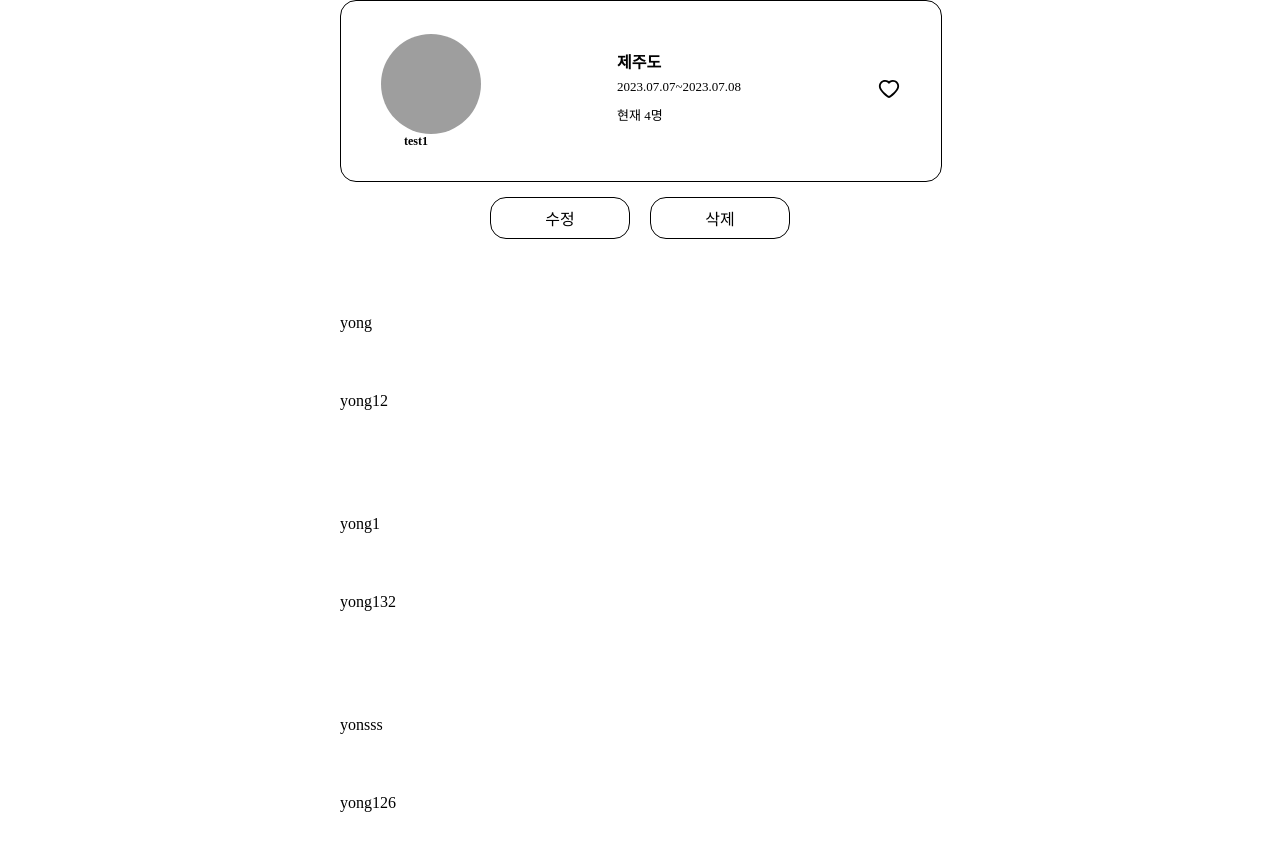
Repository: the-graces/matrip-web
Page: /tripSchedule (app in matrip/)
The author's editor kept a copy of each file at every save. The page is drawn from the files as they stood at one save, then again after the next save.
The browser window is 1280 px wide. The pictures show the whole page.
Pictures or frames that could not be fetched are drawn as grey boxes. The project was rebuilt for these pictures with package versions that can differ from the ones it lists, and the page was loaded fresh each time. Also part of the build but not shown: matrip/src/pages/Main/mainStyle.tsx, matrip/src/pages/Main/Post.tsx, matrip/src/pages/Main/index.tsx, matrip/src/pages/FriendSearch/friendSearchStyle.tsx, matrip/src/pages/FriendSearch/index.tsx, matrip/src/pages/ItineraryInfo/index.scss, matrip/src/pages/ItineraryInfo/itineraryInfoStyle.tsx, matrip/src/pages/ItineraryInfo/index.tsx and 3 more.

Above is the page before, as saved 2023-07-09 12:50:30.

### matrip/src/App.tsx
import React from "react";
import { BrowserRouter, Route, Routes } from "react-router-dom";
import Main from "./pages/Main";

import FriendSearch from "./pages/FriendSearch";
import ItineraryInfo from "./pages/ItineraryInfo";
import UserProfile from "./pages/UserProfile";

import GlobalFonts from "./styles/fonts";
import TripSchedule from "./pages/TripSchedule";

function App() {
   return (
      <BrowserRouter>
         <GlobalFonts />
         <Routes>
            <Route
               path="/"
               element={<Main />}
            />
            <Route
               path="/friendSearch"
               element={<FriendSearch />}
            />
            <Route
               path="/itineraryInfo"
               element={<ItineraryInfo />}
            />
            <Route
               path="/userProfile"
               element={<UserProfile />}
            />
            <Route
               path="/tripSchedule"
               element={<TripSchedule />}
            />
         </Routes>
      </BrowserRouter>
   );
}

export default App;

### matrip/src/styles/fonts/index.js
import { createGlobalStyle } from "styled-components";
import Prentendard from "./Pretendard-Regular.woff2";

export default createGlobalStyle`
@font-face {
    font-family: "Prentendard";
    src: url(${Prentendard}) fromat("woff2");
}`;

### matrip/src/pages/TripSchedule/index.tsx
import React from "react";
import "./index.scss";

import * as iss from "./TripScheduleStyle";
import * as gs from "../../styles/GlobalStyles";
import "./index.scss";
import { fdata } from "../../data/userdata";
import { postdata } from "../../data/postdata";
import { AiOutlineHeart } from "react-icons/ai";

const TripSchedule: React.FC = () => {
  const post = postdata[0];

  return (
    <gs.MainContainer>
      <iss.MainContainer>
        <iss.postBox key={post.id}>
          <iss.profileBox to={"/userProfile"}>
            <iss.profileImgBox>
              <iss.profileImg src={post.imgurl} alt="유저 프로필" />
            </iss.profileImgBox>
            <iss.Nickname>{post.nick}</iss.Nickname>
          </iss.profileBox>
          <iss.postContent to={"/itineraryInfo"}>
            <iss.postTitle>{post.destination}</iss.postTitle>
            <iss.postPeriod>
              {post.startDate}~{post.endData}
            </iss.postPeriod>
            <iss.postPeriod>현재 {post.personnel}명</iss.postPeriod>
          </iss.postContent>
          <div>
            <iss.LikeBtn>
              <AiOutlineHeart size="24" />
            </iss.LikeBtn>
          </div>
        </iss.postBox>

        <iss.TripSchedulePostButton>
          <iss.TripSchedulePostButtonL>수정</iss.TripSchedulePostButtonL>
          <iss.TripSchedulePostButtonR>삭제</iss.TripSchedulePostButtonR>
        </iss.TripSchedulePostButton>

        {fdata.map((friend, index) => (
          <iss.TripScheduleAppList key={index}>
            <iss.TripScheduleAppList>
              <iss.TripScheduleAppList></iss.TripScheduleAppList>
              <iss.TripScheduleAppList>{friend.nick}</iss.TripScheduleAppList>
            </iss.TripScheduleAppList>
            <iss.TripScheduleAppList>
              <iss.TripScheduleAppList>{friend.id}</iss.TripScheduleAppList>
            </iss.TripScheduleAppList>
          </iss.TripScheduleAppList>
        ))}
      </iss.MainContainer>
    </gs.MainContainer>
  );
};

export default TripSchedule;

### matrip/src/styles/GlobalStyles.tsx
import { styled } from "styled-components";

// 전체 화면 컨테이너
export const MainContainer = styled.div`
   width: 100%;
   display: flex;
   justify-content: center;
   font-family: Pretendard;
`;

// 그 안에 들어갈 내용을 감싸는 컨테이너
export const MainBox = styled.div`
   max-width: 600px;
   width: 100%;
   display: flex;
   flex-direction: column;
   align-items: center;

   @media screen and (min-width: 600px) {
      width: 600px;
   }
`;

### matrip/src/data/userdata.ts
export const fdata = [
    {
      nick: 'yong',
      id: 'yong12',
      imgurl:
        'https://img2.daumcdn.net/thumb/R658x0.q70/?fname=https://t1.daumcdn.net/news/202302/21/spotvnews/20230221133133423kfxy.jpg',
      email : "thegracec@asac.com",
      sex : "female",
      birth : "1995.12.12"
    },
    {
      nick: 'yong1',
      id: 'yong132',
      imgurl:
        'https://img2.daumcdn.net/thumb/R658x0.q70/?fname=https://t1.daumcdn.net/news/202302/21/spotvnews/20230221133133423kfxy.jpg',
      email : "thegracec@asac.com",
      sex : "female",
      birth : "1995.12.12"
    },
    {
      nick: 'yonsss',
      id: 'yong126',
      imgurl:
        'https://img2.daumcdn.net/thumb/R658x0.q70/?fname=https://t1.daumcdn.net/news/202302/21/spotvnews/20230221133133423kfxy.jpg',
      email : "thegracec@asac.com",
      sex : "female",
      birth : "1995.12.12"
    },
  ]

### matrip/src/pages/TripSchedule/TripScheduleStyle.tsx
import { Link } from "react-router-dom";
import { styled } from "styled-components";

export const MainContainer = styled.div`
  max-width: 600px;
  width: 100%;

  @media screen and (min-width: 600px) {
    width: 600px;
  }
`;

export const postBox = styled.div`
  width: 100%;
  height: 180px;
  display: flex;
  align-items: center;
  justify-content: space-between;
  border: solid #000 1px;
  border-radius: 16px;
`;

export const profileBox = styled(Link)`
  padding: 0 10px;
  display: flex;
  flex-direction: column;
  align-items: center;
  color: #000;
  text-decoration: none;
`;
export const profileImgBox = styled.div`
  width: 100px;
  height: 100px;
  margin-left: 30px;
`;

export const profileImg = styled.img`
  width: 100%;
  height: 100%;
  object-fit: cover;
  border-radius: 50%;
`;

export const Nickname = styled.h4`
  font-size: 12px;
  font-weight: 600;
  margin: 0;
`;

export const postContent = styled(Link)`
  color: #000;
  text-decoration: none;
`;

export const postTitle = styled.div`
  font-size: 16px;
  font-weight: 800;
  margin-bottom: 6px;
`;

export const postPeriod = styled.div`
  font-size: 13px;
  margin-bottom: 10px;

`;

export const LikeBtn = styled.button`
  border: none;
  background: none;
  cursor: pointer;
  padding: 0 10px;
  margin-right: 30px;
`;

export const TripSchedulePostButton = styled.div`
  width: 50%;
  display: flex;
  border-radius: 40px;
  margin: auto;
  margin-top: 15px;
  gap: 20px;
`;

export const TripSchedulePostButtonL = styled.div`
  width: 100%;
  height: 40px;
  display: flex;
  align-items: center;
  justify-content: space-between;
  border: solid #000 1px;
  border-radius: 16px;
  justify-content: center;
`;

export const TripSchedulePostButtonR = styled.div`
  width: 100%;
  height: 40px;
  display: flex;
  align-items: center;
  justify-content: space-between;
  border: solid #000 1px;
  border-radius: 16px;
  justify-content: center;
`;

export const TripScheduleAppList = styled.div`
  width: 100%;
  margin: 15px 0px;

  display: flex;
  flex-direction: column;
`;

### matrip/src/data/postdata.ts
export const postdata = [
  {
    id: "1",
    nick: "test1",
    imgurl:
      "https://img2.daumcdn.net/thumb/R658x0.q70/?fname=https://t1.daumcdn.net/news/202302/21/spotvnews/20230221133133423kfxy.jpg",
    destination: "제주도",
    startDate: "2023.07.07",
    endData: "2023.07.08",
    personnel: 4,
  },
  {
    id: "2",
    nick: "test2",
    imgurl:
      "https://img2.daumcdn.net/thumb/R658x0.q70/?fname=https://t1.daumcdn.net/news/202302/21/spotvnews/20230221133133423kfxy.jpg",
    destination: "제주도",
    startDate: "2023.07.07",
    endData: "2023.07.08",
    personnel: 4,
  },
  {
    id: "3",
    nick: "test3",
    imgurl:
      "https://img2.daumcdn.net/thumb/R658x0.q70/?fname=https://t1.daumcdn.net/news/202302/21/spotvnews/20230221133133423kfxy.jpg",
    destination: "제주도",
    startDate: "2023.07.07",
    endData: "2023.07.08",
    personnel: 4,
  },
  {
    id: "4",
    nick: "test4",
    imgurl:
      "https://img2.daumcdn.net/thumb/R658x0.q70/?fname=https://t1.daumcdn.net/news/202302/21/spotvnews/20230221133133423kfxy.jpg",
    destination: "제주도",
    startDate: "2023.07.07",
    endData: "2023.07.08",
    personnel: 4,
  },
  {
    id: "5",
    nick: "test5",
    imgurl:
      "https://img2.daumcdn.net/thumb/R658x0.q70/?fname=https://t1.daumcdn.net/news/202302/21/spotvnews/20230221133133423kfxy.jpg",
    destination: "제주도",
    startDate: "2023.07.07",
    endData: "2023.07.08",
    personnel: 4,
  },
];

Loaded but not shown: matrip/public/index.html (common file); matrip/src/index.tsx (common file); matrip/src/index.css (common file); matrip/src/reportWebVitals.ts (common file)

After the next save:
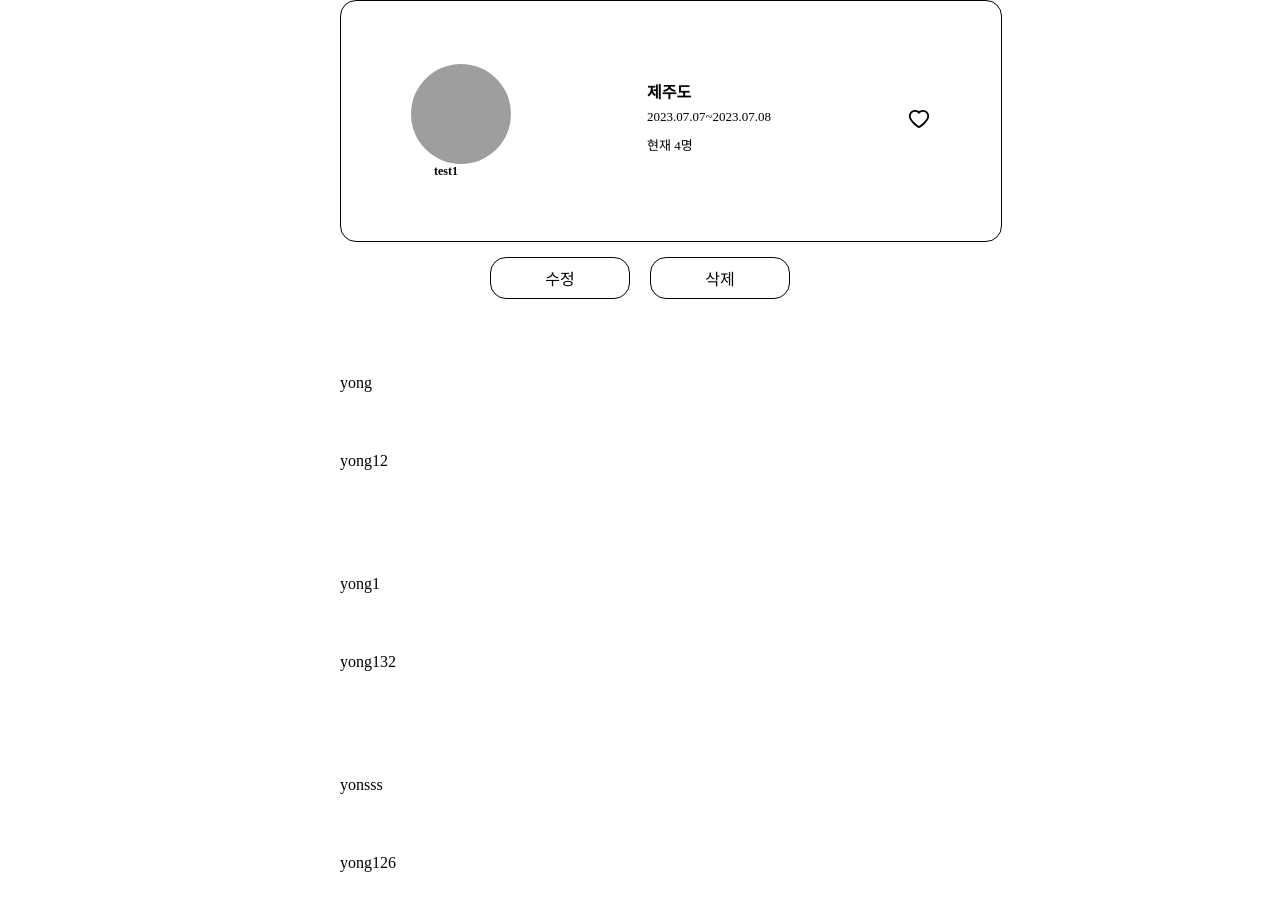
Saved 17 s later.
--- a/matrip/src/pages/TripSchedule/TripScheduleStyle.tsx
+++ b/matrip/src/pages/TripSchedule/TripScheduleStyle.tsx
@@ -18,6 +18,7 @@ export const postBox = styled.div`
   justify-content: space-between;
   border: solid #000 1px;
   border-radius: 16px;
+  padding: 30px;
 `;
 
 export const profileBox = styled(Link)`
